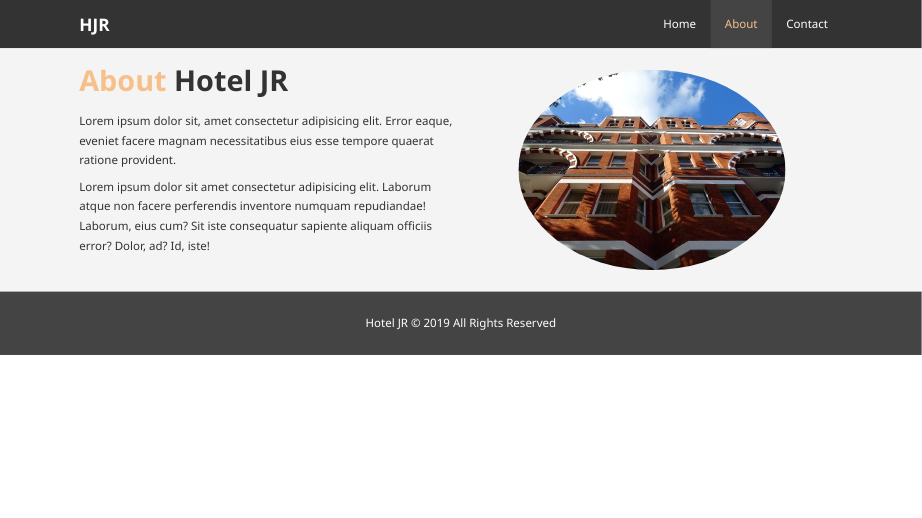
Repository: dimlutine/Hotel-Project
Page: about.html
These files come from the project's save history. The page is drawn as it stood at one moment and after the next save; the edit follows.
The browser window is 1280 px wide. The pictures show the whole page, at 72% of full size.

Above is the page before, as saved 2019-07-05 22:52:11.

After the next save:
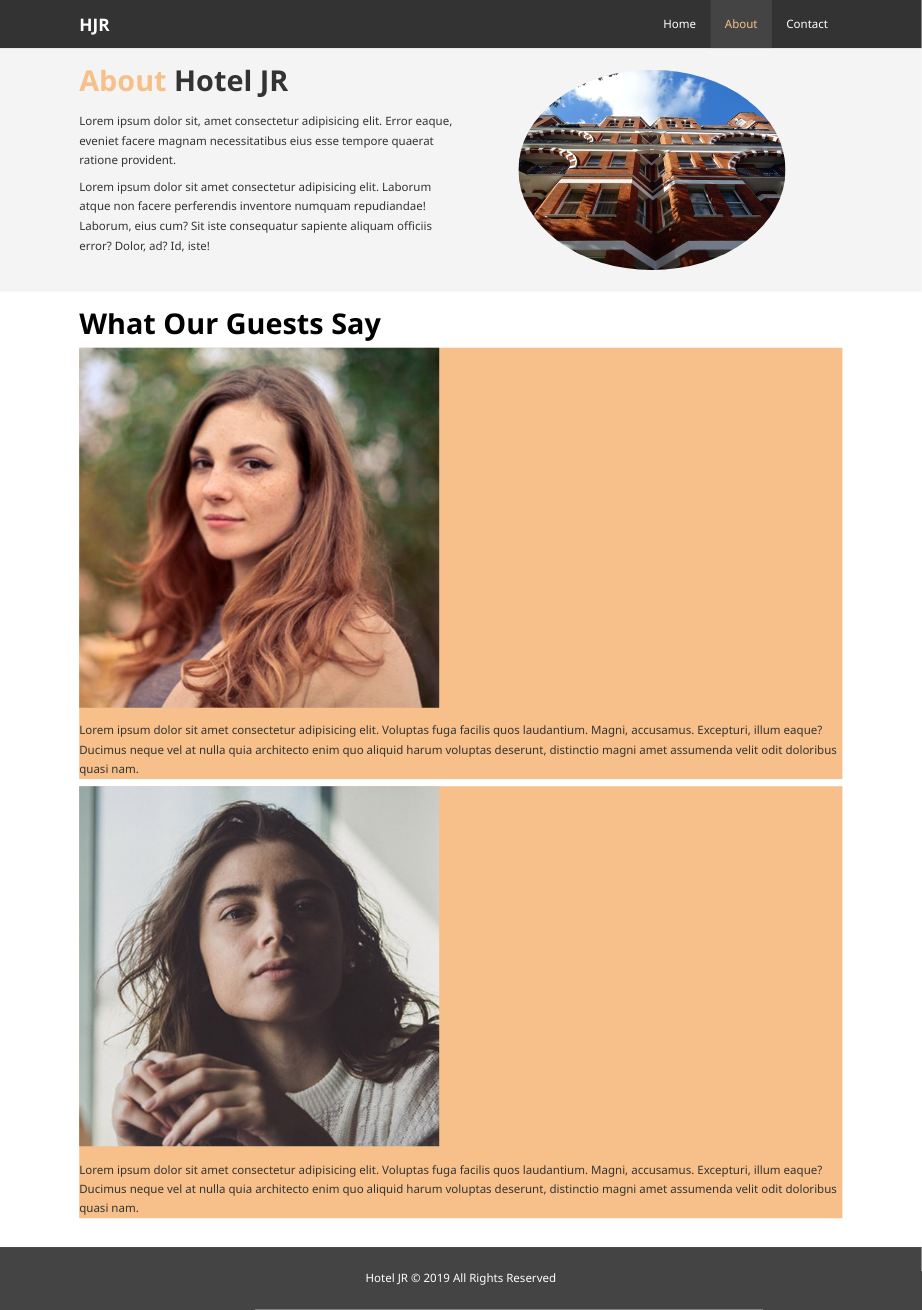
Saved 2 min 38 s later.
--- a/about.html
+++ b/about.html
@@ -38,7 +38,24 @@
             </div>
         </div>
     </section>
+    <div class="clr"></div>
+    <section id="testimonials" class="py-3">
+        <div class="container">
+            <h2 class="l-heading">What Our Guests Say</h2>
+            <div class="testimonial bg-primary">
+                <img src="./img/person-1.jpg" alt="Some Chick">
+                <p>Lorem ipsum dolor sit amet consectetur adipisicing elit. Voluptas fuga facilis quos laudantium. Magni, accusamus. Excepturi, illum eaque? Ducimus neque vel at nulla quia architecto enim quo aliquid harum voluptas deserunt, distinctio magni
+                    amet assumenda velit odit doloribus quasi nam.</p>
 
+            </div>
+            <div class="testimonial bg-primary">
+                <img src="./img/person-2.jpg" alt="Some Other Chick">
+                <p>Lorem ipsum dolor sit amet consectetur adipisicing elit. Voluptas fuga facilis quos laudantium. Magni, accusamus. Excepturi, illum eaque? Ducimus neque vel at nulla quia architecto enim quo aliquid harum voluptas deserunt, distinctio magni
+                    amet assumenda velit odit doloribus quasi nam.</p>
+
+            </div>
+        </div>
+    </section>
     <footer id="main-footer">
         <p>Hotel JR &copy; 2019 All Rights Reserved</p>
     </footer>
